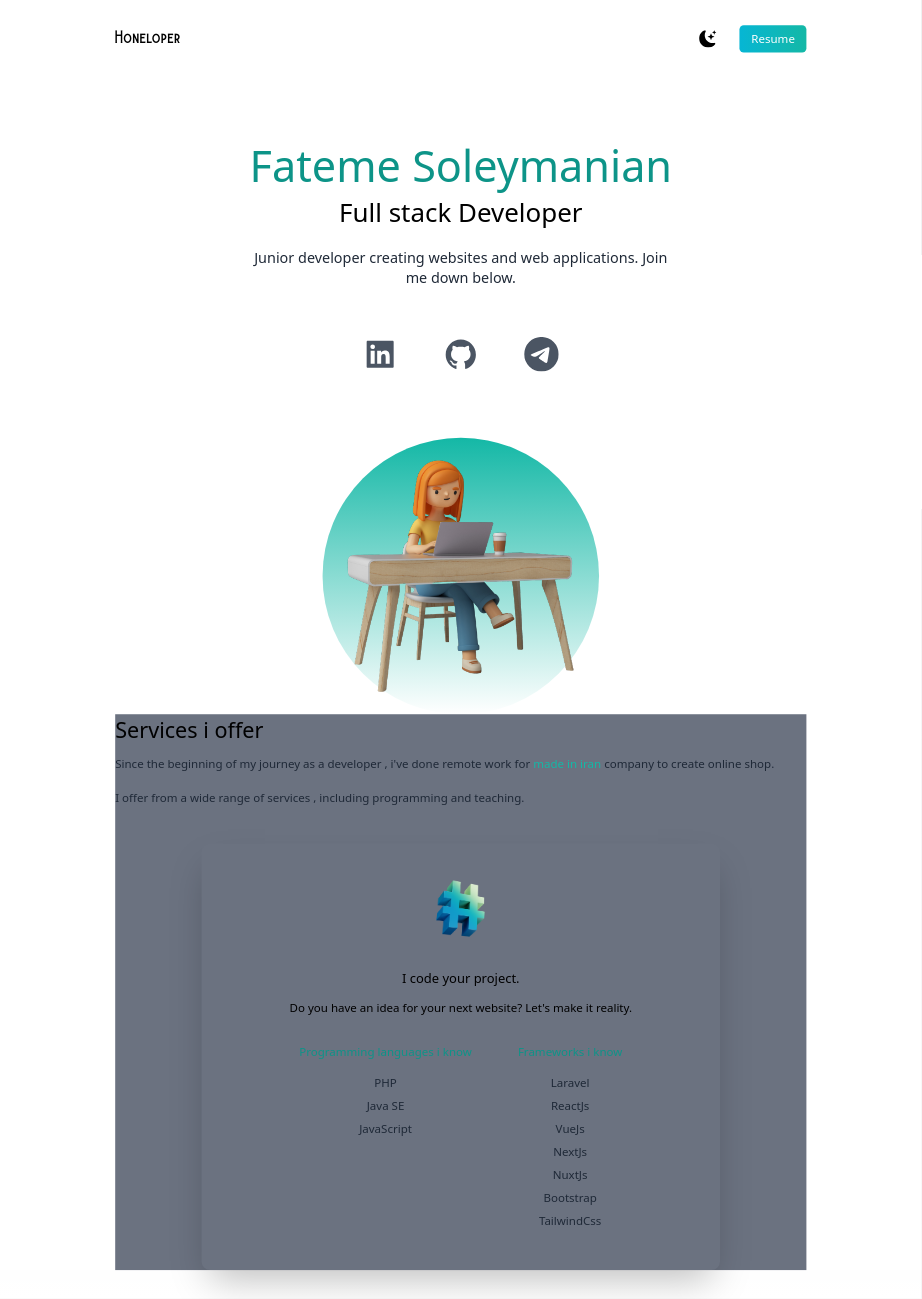
Repository: fatemesoleymanian/portfolio
Page: /
An editor plug-in stored every save of this project. The page is shown before and after the next save, followed by the edit.
The browser window is 1280 px wide. The pictures show the whole page, at 72% of full size.
The project was rebuilt for these pictures with package versions that can differ from the ones it lists, and the page was loaded fresh each time. The framework's server and built-in components were replaced by stand-ins that run in the browser. Also part of the build but not shown: next.config.js.

Above is the page before, as saved 2023-03-10 18:57:18.

After the next save:
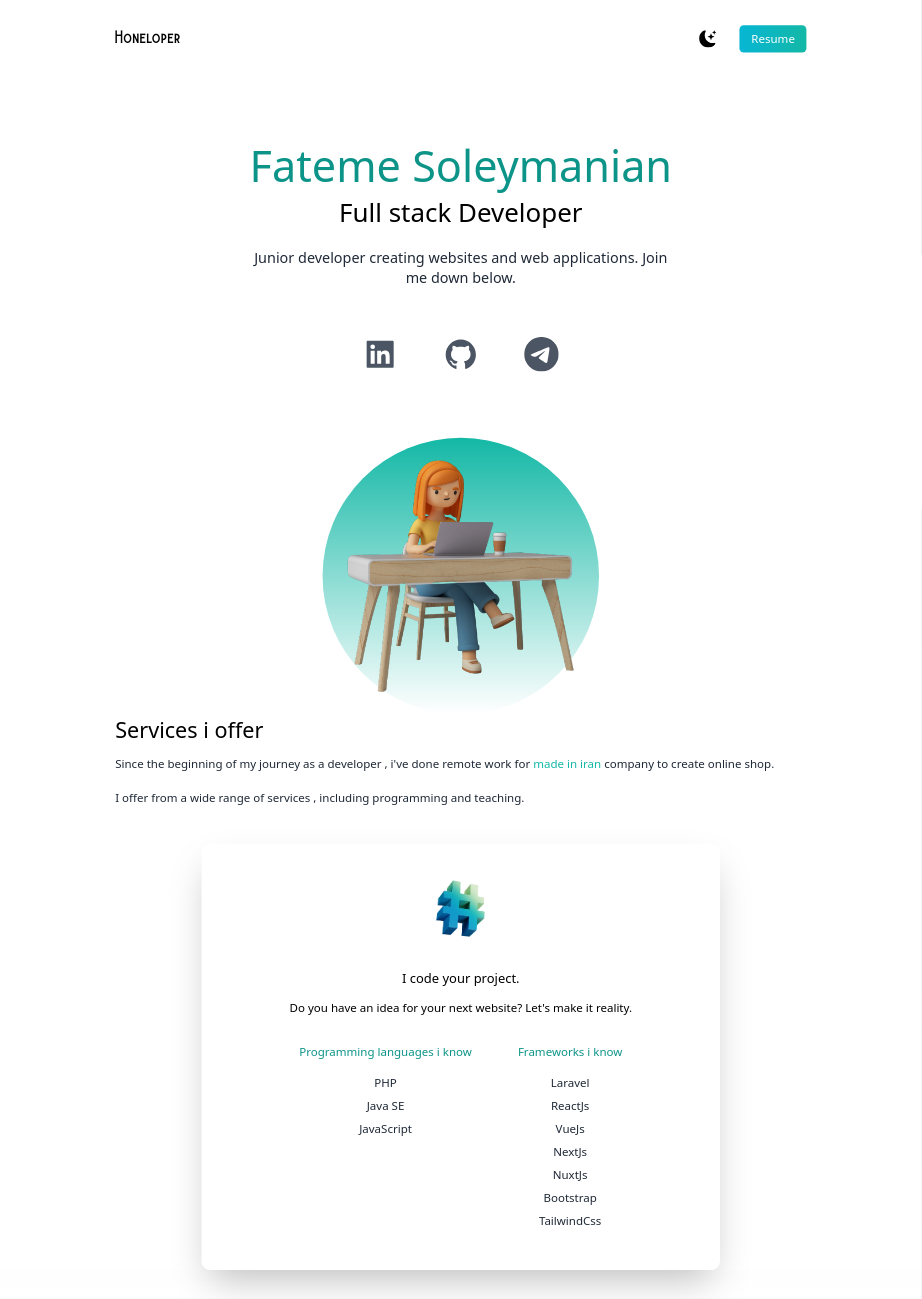
Saved 35 s later.
--- a/pages/index.js
+++ b/pages/index.js
@@ -55,7 +55,7 @@ export default function Home() {
           </div>
         </section>
 
-        <section className='bg-gray-500' >
+        <section>
           <div>
             <h3 className='text-3xl py-1 dark:text-gray-200'>
               Services i offer
